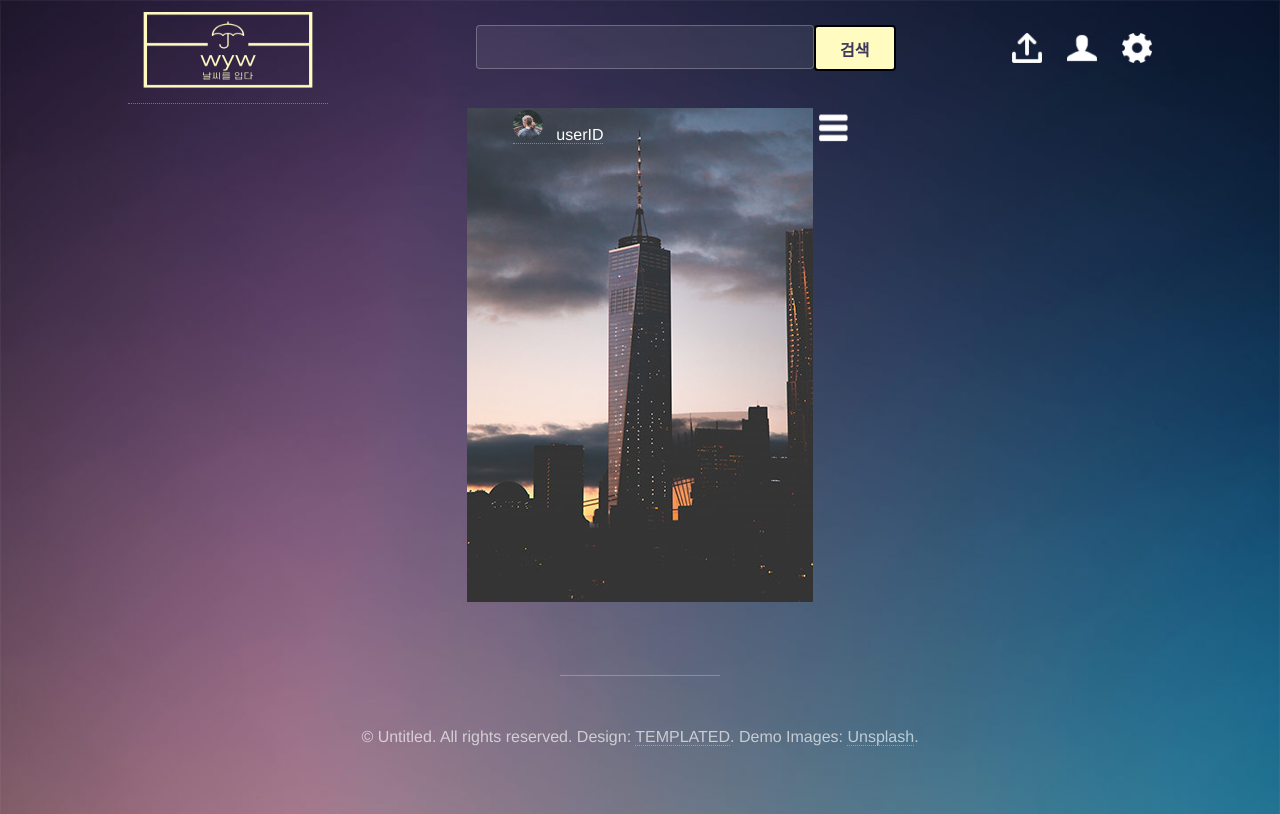
Repository: semo41105/WYW-Project
Page: http://localhost/WYW/StoryPage.jsp
The author's editor kept a copy of each file at every save. The page is drawn from the files as they stood at one save, then again after the next save.
The browser window is 1280 px wide. The pictures show the whole page.
Some web fonts or font styles are not loaded; a fallback is used. The page is served by Tomcat 9. Nobody is signed in. The application's start-up code is not run. Other server files are loaded and not shown.

Above is the page before, as saved 2021-03-08 13:22:32.

### WYW/WebContent/StoryPage.jsp
<%@ page language="java" contentType="text/html; charset=UTF-8"
    pageEncoding="UTF-8"%>
<% request.setCharacterEncoding("UTF-8"); %>
<% response.setContentType("text/html; charset=UTF-8"); %>
<!DOCTYPE html>
<html>
	<head>
		<title>StoryPage</title>
		<meta charset="utf-8" />
		<meta name="viewport" content="width=device-width, initial-scale=1" />
		<link rel="stylesheet" href="assets/css/main.css" />
		<!-- Style -->
		<style type="text/css">
			#s0{ float: left; width: 34% }
			#s1{ float: left; width: 33%; padding: 25px 0px 25px 0px }
			#s2{ float: left; width: 100% }
			#s4{ padding: 8px 0px 0px 0px; margin-left: 25px; }
			#s6{ float: left; }
			#ask1{
				border: 2px solid black;
				background-color: #fffbc1;
				font-weight: bold;
				color: #3f385a;
			}
			a{ text-decoration: none }
			.avatacon {
			    width: 30px;
			    height: 30px;
			    object-fit: cover;
			    object-position: top;
			    border-radius: 50%;
			}
			#select {
				font-size: 15px;
				background: #ff6382;
				vertical-align: middle;
				text-align-last: center;
				color: #d3d3d3;
			}
		</style>
	<!-- Scripts -->
		<script src="assets/js/jquery.min.js"></script>
		<script src="assets/js/jquery.poptrox.min.js"></script>
		<script src="assets/js/skel.min.js"></script>
		<script src="assets/js/main.js"></script>
		<script type="text/javascript">
			window.onload = function(){
				var h = document.getElementById('hidemenu');
				var op = document.getElementById('viewmenu');
				var opp = document.getElementById('menu');

				op.style.display = 'none';
				opp.style.display = 'none';

				h.onclick = function(){
					h.style.display = 'none';
					op.style.display = '';
					opp.style.display = '';
				}

				op.onclick = function(){
					op.style.display = 'none';
					opp.style.display = 'none';
					h.style.display = '';
				}
			}
		</script>
	</head>
	<body>

		<!-- Wrapper -->
			<div id="wrapper">

				<!-- Header -->
					<header>
						<div id="s0">
							<a href="#">
								<img alt="WYW_날씨를 입다" src="images/logo/logo_wyw_yellow.png" width="200" height="100" onclick="location.href='mainController.do?command=mainpage'">
							</a>
						</div>
						<div id="s1"><input type="text"></div>
						<div id="s1">
							<input id="ask1" type="button" value="검색" onclick="">
							<a href="#" class="label">
								<img id="s4" class="icons" src="images/icon/setting.png" alt="setting" align="right" width="30px">
								<img id="s4" class="icons" src="images/icon/user.png" alt="user" align="right" width="30px" onclick="location.href='mainController.do?command=mypage'">
								<img id="s4" class="icons" src="images/icon/up.png" alt="upload" align="right" width="30px">
							</a>
						</div>
						<div id="s2"></div><!-- 위쪽 div 와 아래쪽 div를 나누는 용도 -->
					</header>

				<!-- Main -->
					<section>
							<div style="position: absolute;">
								<div style="position: relative;top: 110px; left: 385px;">
									<a href="#">
								    	<img class="avatacon" src="images/avatar.jpg">
								    	<strong>&nbsp;&nbsp;userID</strong>
							    	</a>
								</div>
								<div style="position: relative;top: 75px; left: 690px;">
									<img id="hidemenu" alt="menu" src="images/icon/menu.png" width="30px">
									<img id="viewmenu" alt="menu" src="images/icon/overmenu.png" width="30px">
								</div>
								<div id="menu" style="position: relative; top: 33px; left: 728px; background-color: #fffbc1; color: black; font-weight: bold;">
									<form method="post" action="UploadController" enctype="multipart/form-data">
										<table border="1">
											<col width="250">
											<tr>
												<td align="center">
													<select id="select" name="city">
														<option value="">현제 계신 도시를 선택해주세요.</option>
														<option value="seoul">서울특별시</option>
							                            <option value="incheon">인천광역시</option>
							                            <option value="daejeon">대전광역시</option>
							                            <option value="gwangju">광주광역시</option>
							                            <option value="daegu">대구광역시</option>
							                            <option value="ulsan">울산광역시</option>
							                            <option value="busan">부산광역시</option>
							                            <option value="gyeonggi-do">경기도</option>
							                            <option value="gangwon-do">강원도</option>
							                            <option value="chungcheongbuk-do">충청북도</option>
							                            <option value="chungcheongnam-do">충청남도</option>
							                            <option value="jeollabuk-do">전라북도</option>
							                            <option value="jeollanam-do">전라남도</option>
							                            <option value="gyeongsangbuk-do">경상북도</option>
							                            <option value="gyeongsangnam-do">경상남도</option>
							                            <option value="jeju-do">제주도</option>
													</select>
												</td>
											</tr>
											<tr>
												<td align="center">
													<input name="title" id="select" type="text" value="제목을 입력해 주세요" onfocus="this.value='';return true;">
												</td>
											</tr>
											<tr>
												<td align="center">
													<input name="content" id="select" type="text" value="내용을 입력해 주세요" onfocus="this.value='';return true;">
												</td>
											</tr>
											<tr>
												<td align="center">
													<input name="file" type="file" value="사진 선택" style="color: black;" accept=".jpg, .jpeg, .png, .gif, .bmp; images/storyimg/*; capture=camera"/>
												</td>
											</tr>
											<tr>
												<td align="center"><input type="submit" style="width: 100%; height: 100%;" value="내용 업로드"></td>
											</tr>
										</table>
									</form>
								</div>
							</div>
						    <div id="header">
						    	<img alt="img" src="images/thumbs/01.jpg"/>
						    </div>
					</section>

				<!-- Footer -->
					<footer id="footer">
						<p>&copy; Untitled. All rights reserved. Design: <a href="http://templated.co">TEMPLATED</a>. Demo Images: <a href="http://unsplash.com">Unsplash</a>.</p>
					</footer>

			</div>

	</body>
</html>

Loaded but not shown: WYW/WebContent/assets/js/jquery.min.js (library); WYW/WebContent/assets/js/jquery.poptrox.min.js (library); WYW/WebContent/assets/js/skel.min.js (library); WYW/WebContent/assets/css/font-awesome.min.css (library); WYW/WebContent/assets/js/main.js (142 lines, source omitted); WYW/WebContent/assets/css/main.css (2729 lines, source omitted)

After the next save:
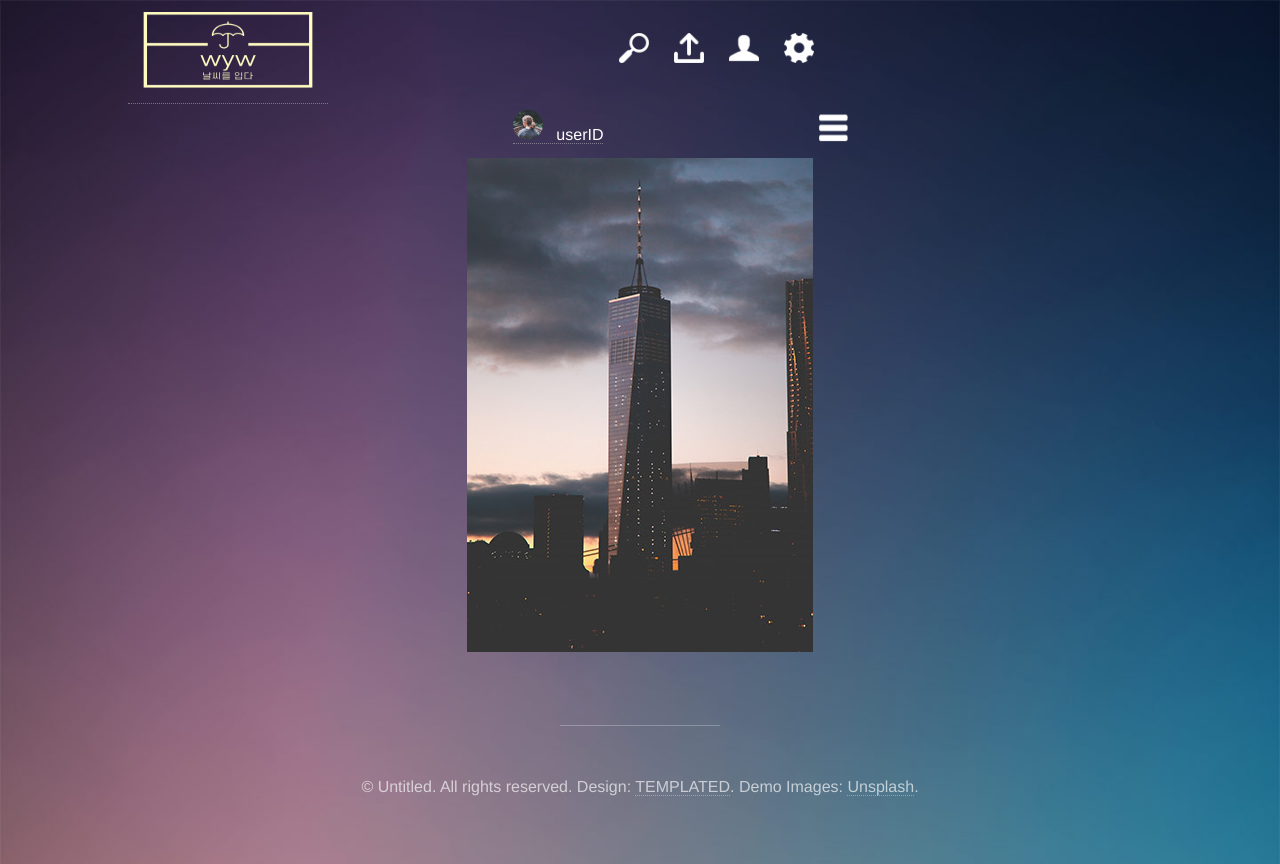
Saved 21 min 46 s later.
--- a/WYW/WebContent/StoryPage.jsp
+++ b/WYW/WebContent/StoryPage.jsp
@@ -13,7 +13,7 @@
 		<style type="text/css">
 			#s0{ float: left; width: 34% }
 			#s1{ float: left; width: 33%; padding: 25px 0px 25px 0px }
-			#s2{ float: left; width: 100% }
+			#s2{ float: left; width: 100%; height: 50px; }
 			#s4{ padding: 8px 0px 0px 0px; margin-left: 25px; }
 			#s6{ float: left; }
 			#ask1{
@@ -78,13 +78,12 @@
 								<img alt="WYW_날씨를 입다" src="images/logo/logo_wyw_yellow.png" width="200" height="100" onclick="location.href='mainController.do?command=mainpage'">
 							</a>
 						</div>
-						<div id="s1"><input type="text"></div>
 						<div id="s1">
-							<input id="ask1" type="button" value="검색" onclick="">
 							<a href="#" class="label">
 								<img id="s4" class="icons" src="images/icon/setting.png" alt="setting" align="right" width="30px">
 								<img id="s4" class="icons" src="images/icon/user.png" alt="user" align="right" width="30px" onclick="location.href='mainController.do?command=mypage'">
 								<img id="s4" class="icons" src="images/icon/up.png" alt="upload" align="right" width="30px">
+								<img id="s4" class="icons" src="images/icon/search.png" alt="search" align="right" width="30px" onclick="location.href='mypageController.do?command=searchpage'">
 							</a>
 						</div>
 						<div id="s2"></div><!-- 위쪽 div 와 아래쪽 div를 나누는 용도 -->
